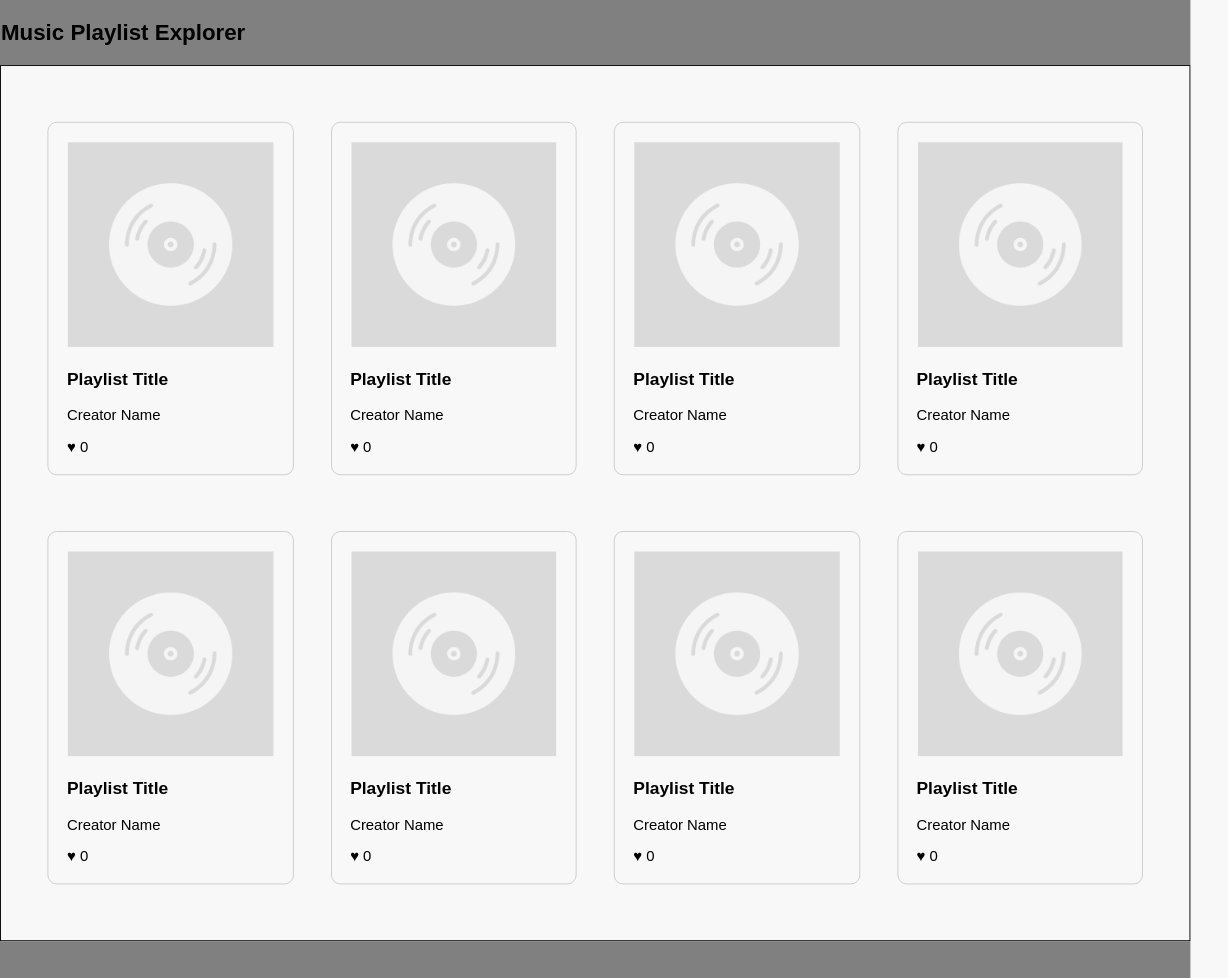
Repository: valentinaarojas/music-player-explorer
Page: index.html
These files come from the project's save history. The page is drawn as it stood at one moment and after the next save; the edit follows.
The browser window is 1280 px wide. The page is 1280 px wide, then 1320 px, then 1280 px, so the pictures cover 1320 px, including what lies to the right of the window. The pictures show the whole page, at 93% of full size.

Above is the page before, as saved 2025-02-19 16:35:22.
Console error: SyntaxError: Unexpected token '{'

After the next save:
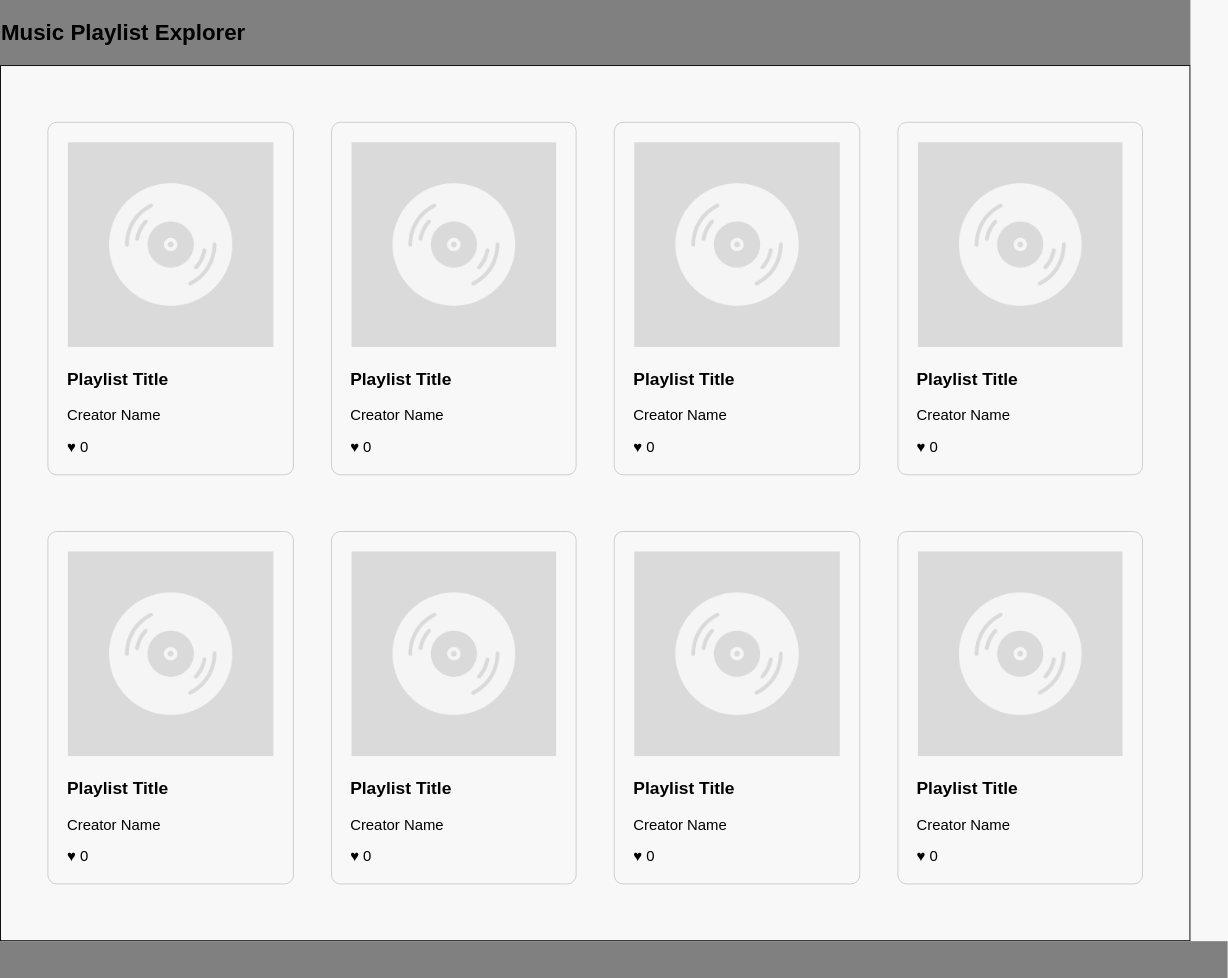
Saved 4 s later.
--- a/style.css
+++ b/style.css
@@ -31,5 +31,5 @@
 footer {
     background-color: grey;
     padding: 20px;
-    width: auto;
+    width: 100%;
 }

After the 2 saves that followed:
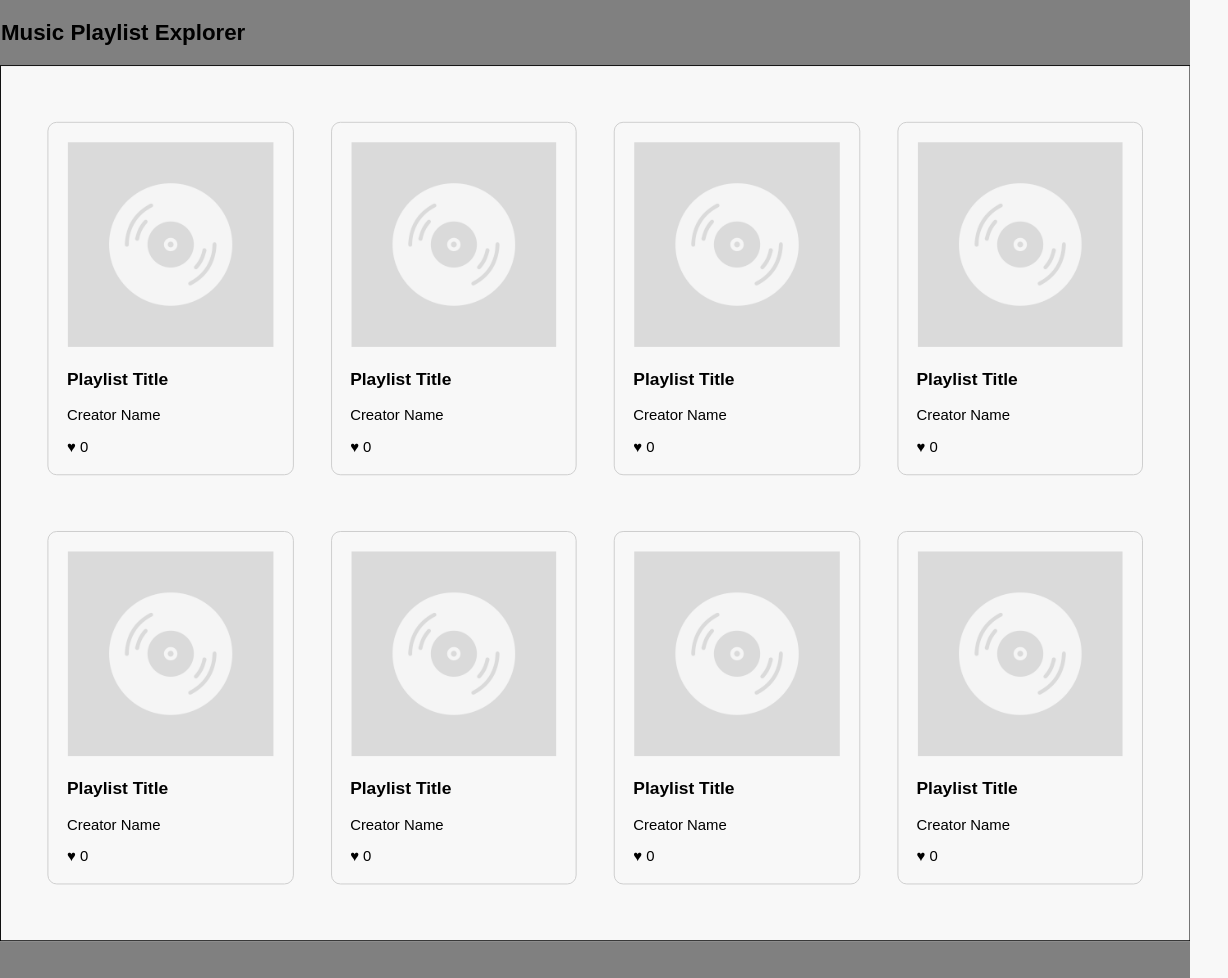
The 2 saves are shown as one change because they came seconds apart.
The last was saved 6 s later.
--- a/style.css
+++ b/style.css
@@ -31,5 +31,4 @@
 footer {
     background-color: grey;
     padding: 20px;
-    width: 100%;
 }
